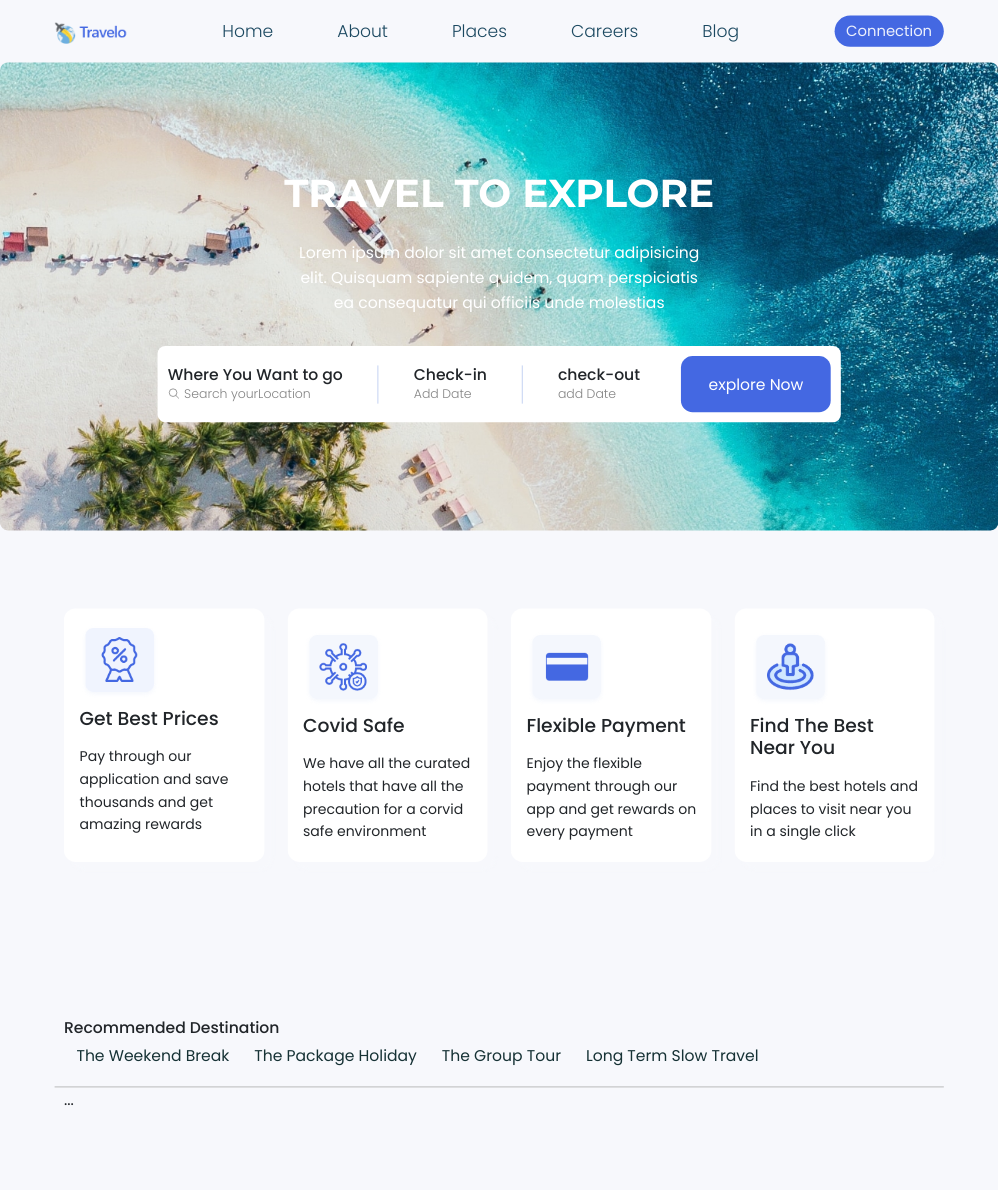
Repository: kuluong2000/travel
Page: index.html
The author's editor kept a copy of each file at every save. The page is drawn from the files as they stood at one save, then again after the next save.
The browser window is 1280 px wide. The pictures show the whole page, at 78% of full size.
The style sheet was rebuilt from its Sass, Less or Tailwind sources for each picture, by a compiler version that may differ from the author's.

Above is the page before, as saved 2021-09-09 20:19:21.

### index.html
<!DOCTYPE html>
<html lang="en">
  <head>
    <meta charset="UTF-8" />
    <meta http-equiv="X-UA-Compatible" content="IE=edge" />
    <meta name="viewport" content="width=device-width, initial-scale=1.0" />
    <link rel="stylesheet" href="./libs/css/bootstrap.min.css" />
    <link rel="stylesheet" href="./libs/css/animate.css" />
    <link rel="stylesheet" href="./libs/css/slick-theme.css" />
    <link rel="stylesheet" href="./libs/css/slick.css" />
    <link rel="stylesheet" href="./assets/css/reset.css" />
    <link rel="stylesheet" href="./assets/css/style.css" />
    <link rel="stylesheet" href="./assets/css/responsive.css" />
    <title>Document</title>
  </head>
  <body>
    <header class="header">
      <div class="container">
        <div class="row">
          <div class="header__main">
            <div class="header__logo">
              <a href="/">
                <img src="./assets/image/logo.png" alt="" srcset="" />
              </a>
            </div>
            <div class="sub-menu">
              <div class="line1"></div>
              <div class="line2"></div>
              <div class="line3"></div>
            </div>
            <nav>
              <ul class="header__menu">
                <li class="header__menu__item">
                  <a class="header__mennu__item__link" href="/">Home</a>
                </li>
                <li class="header__menu__item">
                  <a class="header__mennu__item__link" href="/">About</a>
                </li>
                <li class="header__menu__item">
                  <a class="header__mennu__item__link" href="/">Places</a>
                </li>
                <li class="header__menu__item">
                  <a class="header__mennu__item__link" href="/">Careers</a>
                </li>
                <li class="header__menu__item">
                  <a class="header__mennu__item__link" href="/">Blog</a>
                </li>
              </ul>
            </nav>
            <a href="#" class="header__conn"> Connection </a>
          </div>
        </div>
      </div>
    </header>
    <main>
      <section class="banner">
        <div class="container">
          <div class="row">
            <div class="banner__main">
              <div class="banner__main__top">
                <h1 class="banner__main__title">Travel To explore</h1>
                <p class="banner__main__desc">Lorem ipsum dolor sit amet consectetur adipisicing elit. Quisquam sapiente quidem, quam perspiciatis ea consequatur qui officiis unde molestias</p>
              </div>
              <div class="banner__main__bottom">
                <div class="banner__main_list">
                  <div class="banner__main__item">
                    <h4 class="banner__main__item__caption">Where You Want to go</h4>
                    <a href="/" class="banner__main__item__desc">
                      <ion-icon name="search-outline" class="banner__main__item__desc--icon"> </ion-icon>
                      <p>Search yourLocation</p>
                    </a>
                  </div>
                  <div class="banner__main__item">
                    <h4 class="banner__main__item__caption">Check-in</h4>
                    <a href="/" class="banner__main__item__desc">Add Date</a>
                  </div>
                  <div class="banner__main__item">
                    <h4 class="banner__main__item__caption">check-out</h4>
                    <a href="/" class="banner__main__item__desc">add Date</a>
                  </div>
                </div>
                <a href="/" class="banner__btn"> explore Now</a>
              </div>
            </div>
          </div>
        </div>
      </section>
      <section class="about">
        <div class="container">
          <div class="row">
            <div class="about__main">
              <div class="about__item">
                <img src="./assets/image/bestPrices.png" alt="" class="about__item--img" />
                <div class="about__item__info">
                  <h4 class="about__item--title">Get Best Prices</h4>
                  <p class="about__item--desc">Pay through our application and save thousands and get amazing rewards</p>
                </div>
              </div>
              <div class="about__item">
                <img src="./assets/image/covidSafe.png" alt="" class="about__item--img" />
                <div class="about__item__info">
                  <h4 class="about__item--title">Covid Safe</h4>
                  <p class="about__item--desc">We have all the curated hotels that have all the precaution for a corvid safe environment</p>
                </div>
              </div>

              <div class="about__item">
                <img src="./assets/image/payment.png" alt="" class="about__item--img" />
                <div class="about__item__info">
                  <h4 class="about__item--title">Flexible Payment</h4>
                  <p class="about__item--desc">Enjoy the flexible payment through our app and get rewards on every payment</p>
                </div>
              </div>
              <div class="about__item">
                <img src="./assets/image/nearYou.png" alt="" class="about__item--img" />
                <div class="about__item__info">
                  <h4 class="about__item--title">Find The Best Near You</h4>
                  <p class="about__item--desc">Find the best hotels and places to visit near you in a single click</p>
                </div>
              </div>
            </div>
          </div>
        </div>
      </section>
      <section class="destination">
        <div class="container">
          <div class="row">
            <h2 class="destination__title">Recommended Destination</h2>
            <div class="destination__menu">
              <ul class="nav nav-pills mb-3" id="pills-tab" role="tablist">
                <li class="nav-item destination__menu__item" role="presentation">
                  <button
                    class="nav-link destination__menu__link active"
                    id="pills-home-tab"
                    data-bs-toggle="pill"
                    data-bs-target="#pills-home"
                    type="button"
                    role="tab"
                    aria-controls="pills-home"
                    aria-selected="true"
                  >
                    The Weekend Break
                  </button>
                </li>
                <li class="nav-item destination__menu__item" role="presentation">
                  <button
                    class="nav-link destination__menu__link"
                    id="pills-profile-tab"
                    data-bs-toggle="pill"
                    data-bs-target="#pills-profile"
                    type="button"
                    role="tab"
                    aria-controls="pills-profile"
                    aria-selected="false"
                  >
                    The Package Holiday
                  </button>
                </li>
                <li class="nav-item destination__menu__item" role="presentation">
                  <button
                    class="nav-link destination__menu__link"
                    id="pills-contact-tab"
                    data-bs-toggle="pill"
                    data-bs-target="#pills-contact"
                    type="button"
                    role="tab"
                    aria-controls="pills-contact"
                    aria-selected="false"
                  >
                    The Group Tour
                  </button>
                </li>
                <li class="nav-item destination__menu__item" role="presentation">
                  <button
                    class="nav-link destination__menu__link"
                    id="pills-contact-tab"
                    data-bs-toggle="pill"
                    data-bs-target="#pills-contact"
                    type="button"
                    role="tab"
                    aria-controls="pills-contact"
                    aria-selected="false"
                  >
                    Long Term Slow Travel
                  </button>
                </li>
              </ul>
            </div>
            <div class="tab-content" id="pills-tabContent">
              <div class="tab-pane fade show active" id="pills-home" role="tabpanel" aria-labelledby="pills-home-tab">...</div>
              <div class="tab-pane fade" id="pills-profile" role="tabpanel" aria-labelledby="pills-profile-tab">...</div>
              <div class="tab-pane fade" id="pills-contact" role="tabpanel" aria-labelledby="pills-contact-tab">...</div>
            </div>
          </div>
        </div>
      </section>
    </main>

    <script src="./libs/Js/jquery-3.5.1.slim.min.js"></script>
    <script type="module" src="https://unpkg.com/ionicons@5.5.2/dist/ionicons/ionicons.esm.js"></script>
    <script nomodule src="https://unpkg.com/ionicons@5.5.2/dist/ionicons/ionicons.js"></script>
    <script src="./libs/Js/bootstrap.min.js"></script>
    <script src="./libs/Js/slick.min.js"></script>
    <script src="./libs/Js/wow.js"></script>
    <script src="./assets/Js/main.js"></script>
  </body>
</html>

### assets/css/reset.css
html, body, div, span, applet, object, iframe,
h1, h2, h3, h4, h5, h6, p, blockquote, pre,
a, abbr, acronym, address, big, cite, code,
del, dfn, em, img, ins, kbd, q, s, samp,
small, strike, strong, sub, sup, tt, var,
b, u, i, center,
dl, dt, dd, ol, ul, li,
fieldset, form, label, legend,
table, caption, tbody, tfoot, thead, tr, th, td,
article, aside, canvas, details, embed,
figure, figcaption, footer, header, hgroup,
menu, nav, output, ruby, section, summary,
time, mark, audio, video {
	margin: 0;
	padding: 0;
	border: 0;
	font-size: 100%;
	vertical-align: baseline;
}
/* HTML5 display-role reset for older browsers */
article, aside, details, figcaption, figure,
footer, header, hgroup, menu, nav, section {
	display: block;
}
* {
	box-sizing: border-box;
}
body {
	line-height: 1;
  font-family: 'Muli', sans-serif;


  font-style: normal;
  font-weight: normal;
  font-size: 16px;
  line-height: 32px;
}
ol, ul {
	list-style: none;
}
blockquote, q {
	quotes: none;
}
blockquote:before, blockquote:after,
q:before, q:after {
	content: '';
	content: none;
}
table {
	border-collapse: collapse;
	border-spacing: 0;
}

img {
  max-width: 100%;
	vertical-align: bottom;
}
a {
	outline: none;
}

### assets/css/responsive.css

@media (min-width:1920px){
    .container{
        max-width: 1804px;
    }
}
@media (min-width:1400px) and (max-width:1919px){
    .about {
        padding: 115px 0px;
    }
    .about__main {
        grid-column-gap: 30px;

    }
    .about__item {
    padding: 29px 30px 25px 26px;
}
}
@media (min-width:1200px) and (max-width:1399px){
    .about {
        padding: 100px 0px;
    }
    .about__main {
        grid-column-gap: 30px;
    }

    .about__item--desc {
      font-size: 18px;
    }
    .about__item:first-child {
        padding: 20px 23px 13px 20px;
    }
    .about__item:nth-child(2) {
        padding: 29px 10px 25px 20px;
    }
    .about__item:nth-child(3) {
     padding: 29px 14px 25px 20px;
    }
    .about__item:last-child {
        padding: 29px 20px 10px 20px;
    }
}
@media (min-width:992px) and (max-width:1199px){
    .header__menu__item:not(:first-child) {
        margin-left: 65px;
    }
    .about__main {

        grid-column-gap: 20px;
    }
    .about__item:first-child,
    .about__item:nth-child(2),
    .about__item:nth-child(3),
    .about__item:last-child {
        padding: 29px 10px 15px 15px;
    }
    .about__item--desc {
        font-size: 16px;
    }
    .about__item--title {
        font-size: 20px;
    }
}
@media (min-width:768px) and (max-width:991px){
    .header__menu__item:not(:first-child) {
        margin-left: 25px;
    }
    .header__conn {

        font-size: 16px;
        padding: 3px 10px;
    }
    /* banner */
    .header__mennu__item__link {
        font-size: 20px;
    }
    .banner {
        min-height: 450px;
    }
    .banner__main__item:not(:last-child) {
        margin-right: 15px;
        padding-right: 10px;
    }
    .banner__main__title {
        font-size: 30px;
    }
    .banner__main__desc {
        width: 70%;
        margin-bottom: 20px;
    }
    .banner__main__bottom {
        width: 85%;
        padding: 13px;
        margin: 0 auto;
    }
    .banner__btn {
        padding: 10px 15px;
    }
    .banner__main__item__caption {
        font-size: 18px;
    }
    /* about */
    .about {
         padding: 50px;
    }
    .about__main {
        grid-template-columns: repeat(2, 1fr);
        grid-column-gap: 30px;
        grid-row-gap: 30px;
    }

    .about__item:first-child {
        padding: 29px 30px 21px 26px;
    }

    .about__item:nth-child(2) {
        padding: 29px 18px 25px 15px;
    }
    .about__item--title {
         font-size: 20px;
      }
}
@media  (max-width:767px){
    .container{
        max-width: 100%;
        padding: 0 1.5%;
        margin:0 ;
    }

    .header__main {
        padding: 10px;
    }
    .header__menu {
        position: absolute;
        flex-direction: column;
        background: #1C4961;
        width: 100%;
        height: 100vh;
        left: 0;
        top: 50px;
        transition: 0.5s ;
        transform: translateX(-100%);
        justify-content: unset;
        z-index: 999;
    }
    .header__menu.active{
        transform: translateX(0);
    }
    .header__mennu__item__link {
        color: white;;
    }
    .sub-menu{
        display: block;
        left: 90%;
        top: 50%;
        transform: translate(-50%,-50%);
    }
    .header__menu__item:not(:first-child) {
        margin-left: 0;
    }
    .header__menu__item{
        margin-top: 30px;
    }
    .header__conn {
        font-size: 14px;
        position: absolute;
        padding: 3px 10px;
        right: 20%;
    }
    /* banner */
    .banner {
         min-height: 40vh;
    }
    .banner__main__bottom {
         display: none;
    }
    .banner__main__title {
        font-size: 5vw;
    }
    .banner__main__desc {
        width: 90vw;
        margin-bottom: 20px;
        font-size: 3vw;
    }
    /* about */
    .about {
        padding: 40px 0;
    }
    .about__main {
        grid-template-columns: repeat(1, 1fr);
        grid-row-gap: 10px;
    }
    .about__item--img {
        width: 70px;
        height: auto;
    }
    .about__item--title {
        font-size: 18px;
        margin-bottom: 10px;
    }
    .about__item--desc {
         font-size: 16px;
    }
    .about__item:first-child,
    .about__item:nth-child(2),
    .about__item:nth-child(3),
    .about__item:last-child {
        padding: 25px 10px 15px 20px;
    }

}

### assets/Js/main.js
const sub_menu = document.querySelector('.sub-menu');
const menu = document.querySelector('.header__menu');
sub_menu.addEventListener('click', ()=>{
    sub_menu.classList.toggle('active');;
    menu.classList.toggle('active');
})

### assets/sass/style.scss
@import "global";
@import "variable";
@import "header";
@import "banner";
@import "about";
@import "destination";

### assets/sass/_global.scss
@import url('https://fonts.googleapis.com/css2?family=Montserrat:wght@300;400;500;600;700;800;900&family=Poppins:wght@300;400;500;600;700;800;900&display=swap');
*{
    padding: 0;
    margin: 0;
    box-sizing: border-box;
}
body{
    font-family: 'Poppins', sans-serif;
    line-height: 1.6;
    font-size: 20px;
    background-color: rgb(247,248,252);
}

### assets/sass/_variable.scss
$color-white:#FFFFFF;
$color-dark-blue:#1C4961;

$color-blue:#4468E2;
$color-light-blue:#E1E8F8;
$color-black:#000000;
$color-text:#163235;
$color-gray:#848484

### assets/sass/_header.scss
.header{
    position: relative;
    &__main{
        display:flex;
        justify-content: space-between;
        align-items: center;
        padding:20px 0

    }
    &__logo{
        display: inline-block;

    }
    &__menu{
        display:flex;
        justify-content: space-between;
        align-items: center;

    }
    &__menu__item:not(:first-child){
        margin-left: 82px;
    }
    &__mennu__item__link{
        text-decoration: none;
        color: $color-dark-blue;
        font-size: 22px;
        position: relative;
        font-weight: 300;
        transition: 0.5s;
        &::after{
            content: '';
            position: absolute;
            width: 100%;
            height: 2px;
            background-color: $color-blue;
            left: 0;
            bottom: 0;
            transition: 0.5s;
            transform: scale(0);
        }
        &:hover{
            color: $color-dark-blue;
            font-weight: 400;
        }
        &:hover::after{
            transform: scale(1);
        }
    }
    &__conn{
        text-decoration: none;
        background-color: $color-blue;
        color:rgba($color-white, $alpha: 0.9) ;
        font-size: 19px;
        border-radius: 25px;
        padding:5px 15px;
        transition: 0.5s;

        &:hover{
             color:rgba($color-white, $alpha: 1) ;
            background-color: $color-dark-blue;
        }
    }
}
.sub-menu{
    position: absolute;
    display: none;
}
.sub-menu div {
    cursor: pointer;
    width: 25px;
    height: 3px;
    background-color: $color-dark-blue;
    margin: 5px;
    transition: transform 0.5s linear;
}
.active .line1{
    transform:  rotate(-45deg) translate(-5px,6px);
}
.active .line2{
    opacity: 0;
}
.active .line3{
    transform: rotate(45deg) translate(-5px, -6px);
}

### assets/sass/_banner.scss
.banner{
    background: url(../image/banner.jpg) no-repeat center /  cover;
    min-height: 600px;
    border-radius: 10px;
    position: relative;

  &__main{
      position:absolute;
      width:max-content;
      top: 50%;
      left: 50%;
      transform: translate(-50%,-50%);
}
  &__main__top{

    text-align: center;

}
  &__main__title{
    font-size: 50px;
    font-family: 'Montserrat',sans-serif;
    font-weight: bold;
    text-transform: uppercase;
    color: white;
    margin-bottom: 29px;
}
  &__main__desc{
    color:$color-white;
    width: 540px;
    margin: 0 auto 40px;
}
  &__main__bottom{
    background-color: white;
    display: flex;
    width: 876px;
    justify-content: space-between;
    align-items: center;
    padding: 13px;
    border-radius: 10px;

}
  &__main_list{
    display: flex;
    justify-content: space-between;
    align-items: center;

}
  &__main__item:not(:last-child){
      margin-right: 45px;
      padding-right: 45px;
      border-right: 1px solid #B4C6EE;

}
  &__main__item__caption{

}
  &__main__item__desc{
    text-decoration: none;
    font-weight: 300;
    color: $color-gray;
    font-size: 16px;
    display: flex;

    align-items: center;
    &:hover{
        color: $color-gray;
    }
    &--icon{
        margin-right: 5px;
    }

}
  &__btn{
    padding: 20px 35px;
    color: $color-white;
    background-color: $color-blue;
    border-radius: 15px;
    text-decoration: none;
    &:hover{
        color: $color-white;
    }
}

}

### assets/sass/_about.scss
.about {
    padding: 178px 0;
  &__main{
    display: grid;
    grid-template-columns: repeat(4,1fr);
    grid-column-gap: 100px;
}
  &__item{

    background-color:$color-white;
    border-radius: 15px;
    box-shadow: 10px 10px 5px 0px rgba(247,248,252,0.75);

    display: flex;
    flex-direction: column;
    &:first-child{
        padding: 29px 68px 21px 26px;
    }
    &:nth-child(2){
         padding: 29px 58px 25px 26px;
    }
    &:nth-child(3){
         padding: 29px 14px 51px 31px;
    }
    &:last-child{
        padding: 29px 33px 51px 24px;
    }


}
  &__item__info{
      margin-top: 10px;
    display: flex ;
    flex-direction: column;
    flex: 1;

  }
  &__item--img{
    width: 103px;
    height: 97px;

}
  &__item--title{
    font-size: 24px;
    margin-bottom: 20px;
}
  &__item--desc{
    font-size: 18px;
}
}

### assets/sass/_destination.scss
.destination{
    padding: 100px 0;
    &__menu{
        width: 1200px;
        margin: 0 auto;

        border-bottom:  1px solid #A7A7A7;
        &__item{

        }
        &__link{
            color: $color-text;
        }
    }


    .nav-pills .nav-link.active, .nav-pills .show>.nav-link {
        color: #163235;
        background-color: transparent;
    }
}

Loaded but not shown: libs/css/bootstrap.min.css (library); libs/css/animate.css (library); libs/css/slick-theme.css (library); libs/css/slick.css (common file); libs/Js/jquery-3.5.1.slim.min.js (library); libs/Js/bootstrap.min.js (library); libs/Js/slick.min.js (library); libs/Js/wow.js (library)

After the next save:
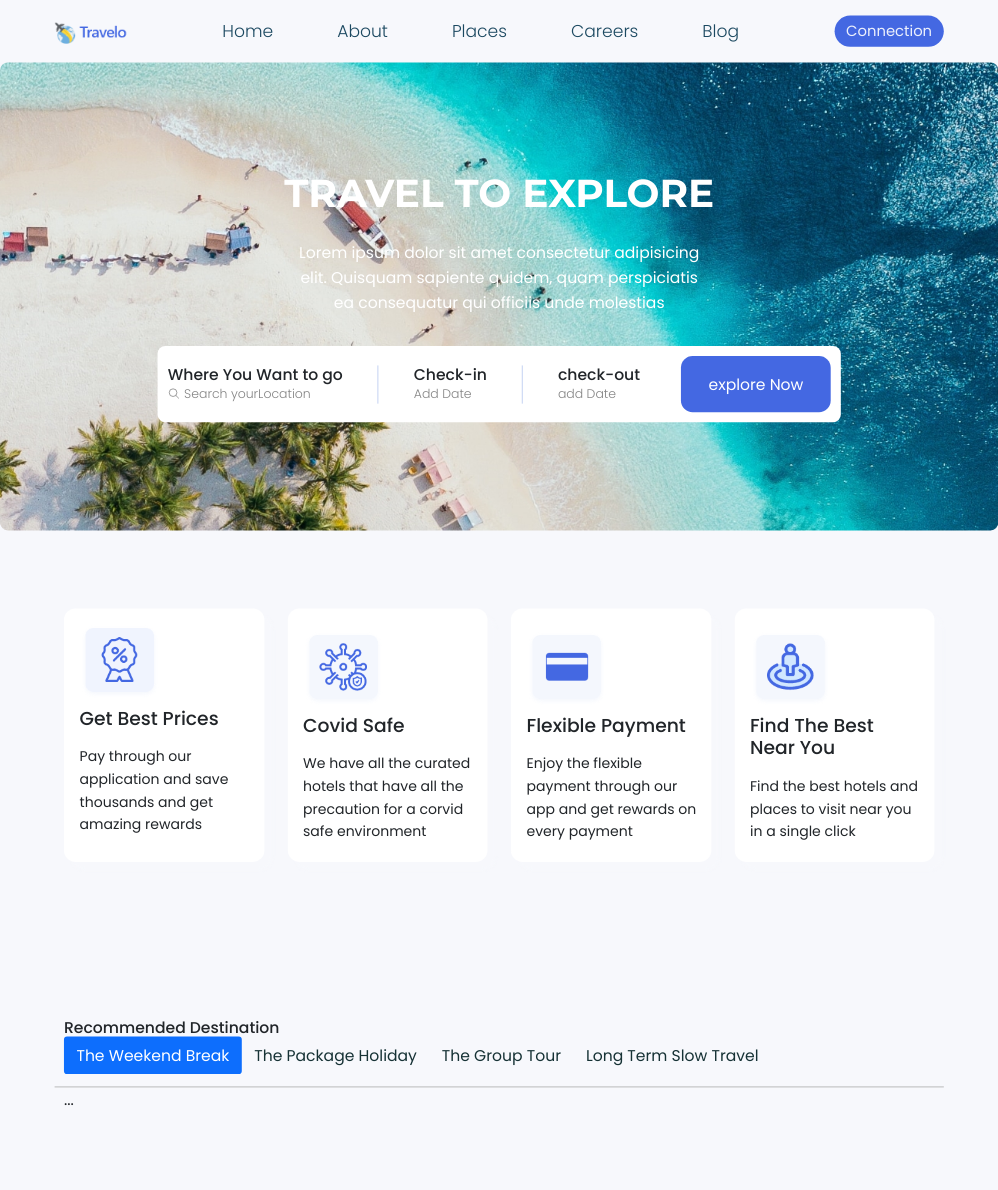
Saved 45 s later.
--- a/assets/sass/_destination.scss
+++ b/assets/sass/_destination.scss
@@ -11,11 +11,11 @@
         &__link{
             color: $color-text;
         }
+        &__link.active{
+            background-color: transparent;
+        }
     }
 
 
-    .nav-pills .nav-link.active, .nav-pills .show>.nav-link {
-        color: #163235;
-        background-color: transparent;
-    }
+
 }
